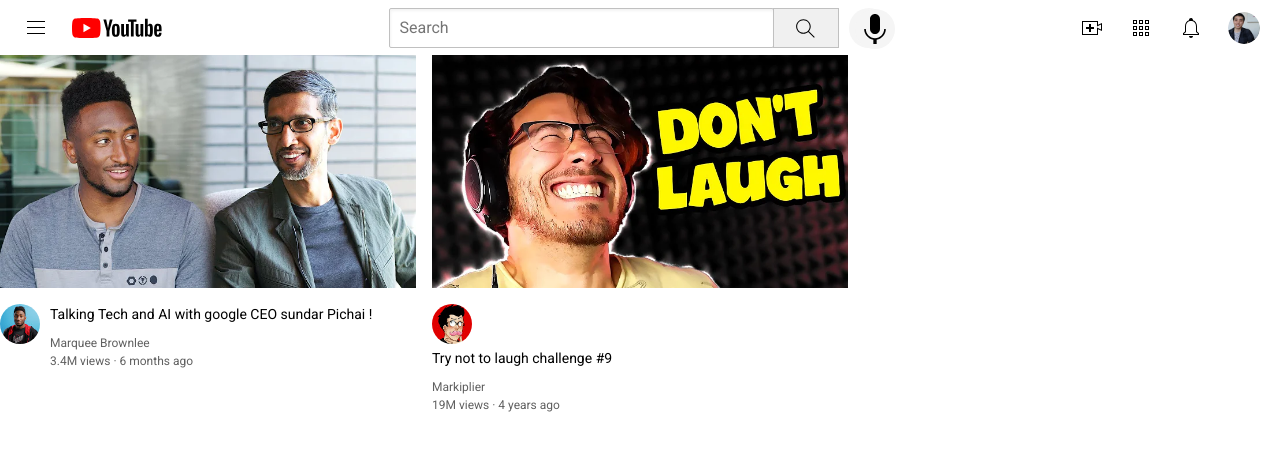
Repository: knowledgeAlan/html-css-thirteen
Page: youtube.html
The author's editor kept a copy of each file at every save. The page is drawn from the files as they stood at one save, then again after the next save.
The browser window is 1280 px wide. The pictures show the whole page.

Above is the page before, as saved 2024-03-19 17:35:48.

After the next save:
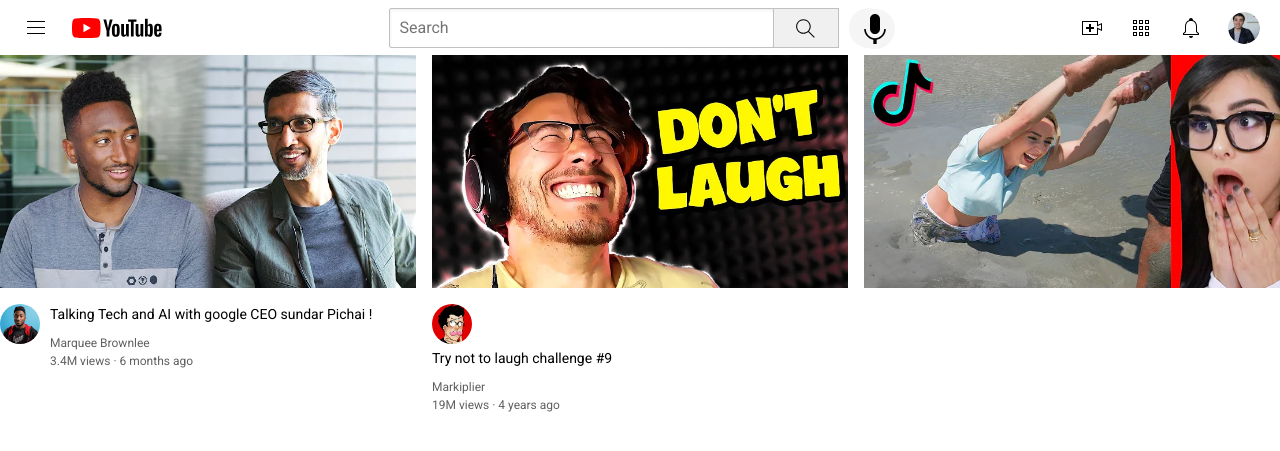
Saved 78 s later.
--- a/youtube.html
+++ b/youtube.html
@@ -107,6 +107,16 @@
                     </div>
             </div>
 
+
+
+            <div class="video-preview">
+
+                <div class="thumbnail-row">
+                    <img class="thumbnail" src="thumbnails/thumbnail-3.webp">
+                </div>
+
+
+            </div>
         </div>
 
 
